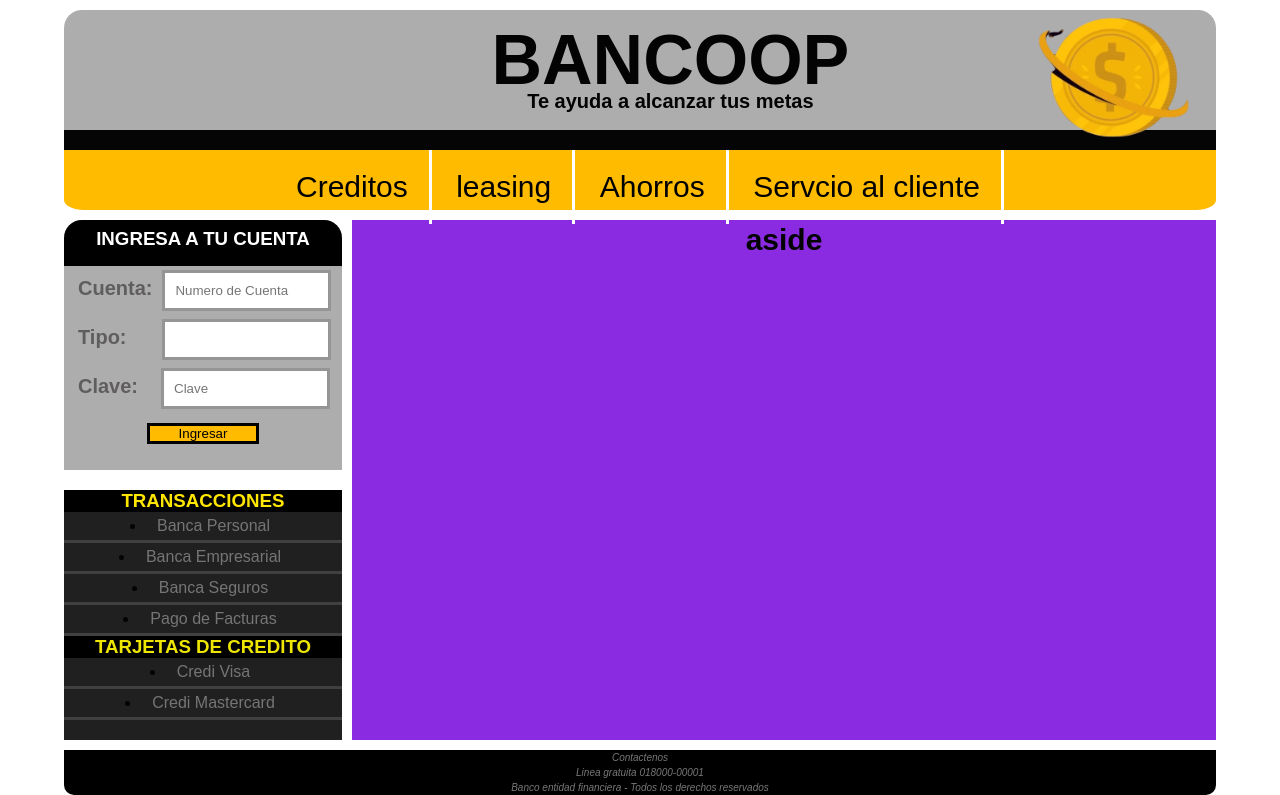
Repository: NickArregoces/BANCOOP
Page: Index.html
An editor plug-in stored every save of this project. The page is shown before and after the next save, followed by the edit.
The browser window is 1280 px wide. The pictures show the whole page.

Above is the page before, as saved 2021-09-30 14:56:53.

### Index.html
<!DOCTYPE html>
<html lang="en">
<head>
    <meta charset="UTF-8">
    <meta http-equiv="X-UA-Compatible" content="IE=edge">
    <meta name="viewport" content="width=device-width, initial-scale=1.0">
    <title>BANCOOP Home</title>
    <link rel="stylesheet" href="../BANCOOP/CSS/Style.css">

</head>
<body>
    <div id="head">
        <header>
            <div class="image">
                <img src="../BANCOOP/Images/logo.png" alt="logo">
            </div>
            <div class="title" >
                <h1>BANCOOP</h1>
                <h3>Te ayuda a alcanzar tus metas</h3>
            </div>

        </header>

        <nav class="barra"></nav>

        <div class="navegador">
            <ul class="menu">
                <li><a href="#">Creditos</a></li>
                <li><a href="#">leasing</a></li>
                <li><a href="#">Ahorros</a></li>
                <li><a href="#">Servcio al cliente</a></li>
            </ul>
        </div>

    </div>

        <div id="Contenido">
            <div class="section">
                <form action="" class="login">
                    <h3 style="color: rgb(255, 255, 255);">INGRESA A TU CUENTA</h3>
                        <div class="cuenta">
                            <h4>Cuenta:<input type="number" placeholder="Numero de Cuenta" required></h4>
                        </div>

                        <div class="tipo">
                            <h4>Tipo:<input type="text" required></h4>
                        </div>

                        <div class="clave">
                            <h4>Clave:<input type="password" placeholder="Clave" required></h4>
                        </div>

                    <div class="center">
                        <button class="sumbit"> Ingresar </button>
                    </div>

                </form>

                <article class="opciones">
                    <h3 style="color: rgb(255, 230, 0);">TRANSACCIONES</h3>
                    <li><a href="#">Banca Personal</a></li>
                    <li><a href="#">Banca Empresarial</a></li>
                    <li><a href="#">Banca Seguros</a></li>
                    <li><a href="#">Pago de Facturas</a></li>

                    <h3 style="color: rgb(238, 230, 0);">TARJETAS DE CREDITO</h3>
                    <li><a href="#">Credi Visa</a></li>
                    <li><a href="#">Credi Mastercard</a></li>
                </article>
            </div>

            <div id="Cuadros">
                <aside>
                    <h2>aside</h2>
                </aside>
            </div>

                <div>
                    <footer>
                        <p>Contactenos</p>
                        <p>Linea gratuita 018000-00001</p>
                        <p>Banco entidad financiera
                        - Todos los derechos reservados</p>
                    </footer>
                </div>
        </div>

</body>
</html>

### CSS/Style.css

*{
    margin: 0 auto;
    padding: 0px;
}
body{
    font-family: Arial, Helvetica, sans-serif;
    background: rgb(255, 255, 255);
    width: 90%;
    color: rgb(3, 3, 3);
}
header{
    width: 100%;
    margin-top: 10px;
    background: rgb(173, 173, 173);
    border-top-left-radius:  18px;
    border-top-right-radius:  18px;
    height: 120px;
}
    img{
        float: right;
        width: 200px;
    }
    .title{
        float: right;
        width: 60%;
        margin-top: 20px;
    }
    header h1{
        font-size: 70px;
        text-align: center;
        line-height: 60px;
        display: block;
    }
    header h3{
        font-size: 20px;
        text-align: center;
    }

nav.barra{
    background: rgb(5, 5, 5);
    height: 20px;
}
div.navegador{
    text-align: center;
}

    ul.menu{
        border-bottom-left-radius: 20px 10px;
        border-bottom-right-radius: 20px 10px;
        background: rgb(255, 187, 0);
        height: 60px;
        list-style: none;
        padding: 0;
        max-width: 10000px;
    }
    .menu li a{
        font-size: 30px;
        margin-right: 1px;
        text-decoration: none;
        color:black;
        padding: 20px;
        display: inline-block;
    }
    .menu li {

        border-right: solid white;
        display: inline-block;
        }
    .menu li a:hover{
        background: #242323b6;
        color: white;
        }

.section{
    width: 25%;
    float: left;

}
    form{
        background: rgb(173, 173, 173);
        border-top-left-radius: 18px;
        border-top-right-radius: 18px;
        margin-top: 10px;
        margin-right:10px;
        margin-bottom: 10px;
        height: 250px;
    }
        form h3{
            text-align: center;
            background: black;
            height: 30px;
            padding: 8px;
            border-top-left-radius: 18px;
            border-top-right-radius: 18px;
        }
        form h4{
            font-size: 20px;
            padding: 4px;
            margin-left: 10px;
            color: rgb(95, 93, 93);

        }
        form input{
            width: 55%;
            padding: 10px;
            display: inline;
            border: solid rgb(149, 149, 149);
            margin-left: 10px;
        }
        div.clave input {
            margin-left: 23px;
        }

        div.tipo input {
            margin-left: 35px;
        }

        div.center{
            margin-top: 10px;
            margin: auto;
            text-align: center;
            width: 50%;
            cursor: pointer;
        }
        button{
            margin-top: 10px;
            width: 80%;
            background: rgb(255, 187, 0);
            border: solid black;
            cursor: pointer;
        }
        button:hover{
            background: #242323b6;
            color: rgb(251, 227, 3);
        }

    article {
        height: 250px;
        background: rgb(32, 32, 32);
        margin-top: 20px;
        margin-right:10px;
        margin-bottom: 10px;
    }
        article h3{
            text-align: center;
            background: black;
        }
        .opciones li a{
            margin-right: 1px;
            text-align: center;
            text-decoration: none;
            color:rgb(117, 117, 117);
            padding: 5px;
            display: inline-block;
        }
        .opciones li {
            border-bottom: solid rgba(68, 68, 68, 0.897);
            text-align: center;
            display:inline-flexbox;
            }
        .opciones li a:hover{
            background: #242323b6;
            color: rgb(251, 227, 3);
            }

aside{
    width: 75%;
    height: 520px;
    background: blueviolet;
    margin-top: 10px;
    float: right;
    margin-bottom: 10px;
}
    aside h2{
        font-size: 30px;
        text-align: center;
        line-height: 40px;
    }

footer{
    background: black;
    clear: both;
    border-bottom-left-radius: 10px;
    border-bottom-right-radius: 10px;
}
    footer p{
        font-size: 10px;
        text-align: center;
        line-height: 15px;
        color: rgb(121, 119, 119);
        font-style:italic;
    }

After the next save:
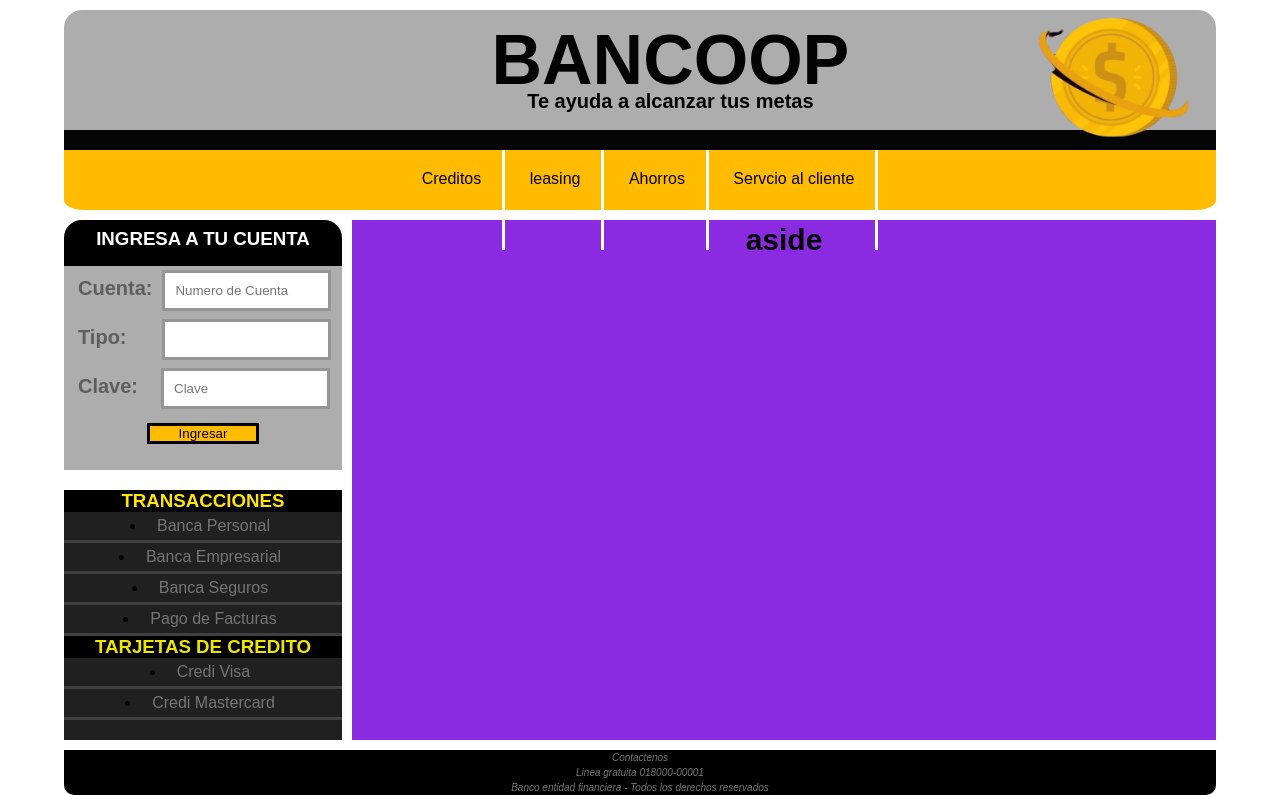
Saved 19 s later.
--- a/CSS/Style.css
+++ b/CSS/Style.css
@@ -55,7 +55,7 @@ div.navegador{
         max-width: 10000px;
     }
     .menu li a{
-        font-size: 30px;
+        height: 60px;
         margin-right: 1px;
         text-decoration: none;
         color:black;
